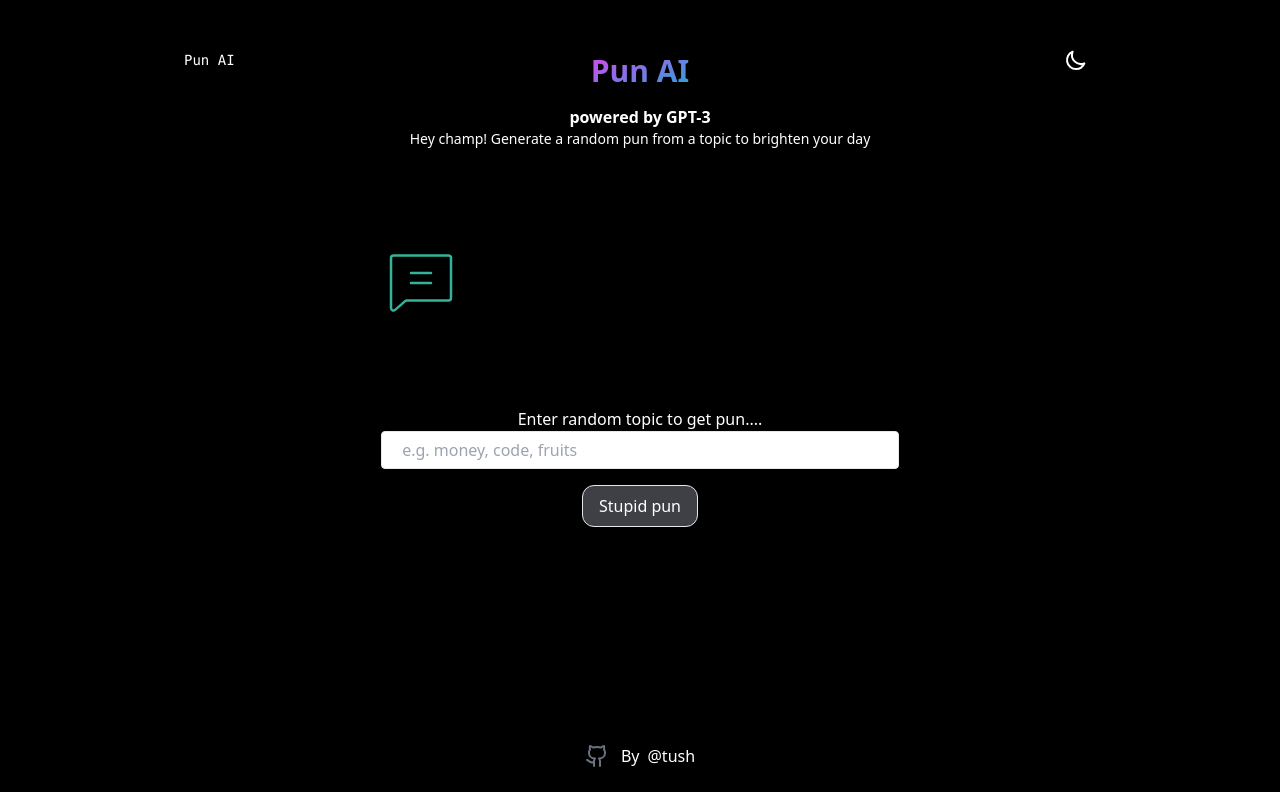
Repository: tushcmd/next-puns-ai
Page: /
An editor plug-in stored every save of this project. The page is shown before and after the next save, followed by the edit.
The browser window is 1280 px wide. The pictures show the whole page.
The project was rebuilt for these pictures with package versions that can differ from the ones it lists, and the page was loaded fresh each time. The framework's server and built-in components were replaced by stand-ins that run in the browser. Also part of the build but not shown: next.config.mjs, app/components/Spinner.tsx.

Above is the page before, as saved 2024-03-08 06:45:03.

After the next save:
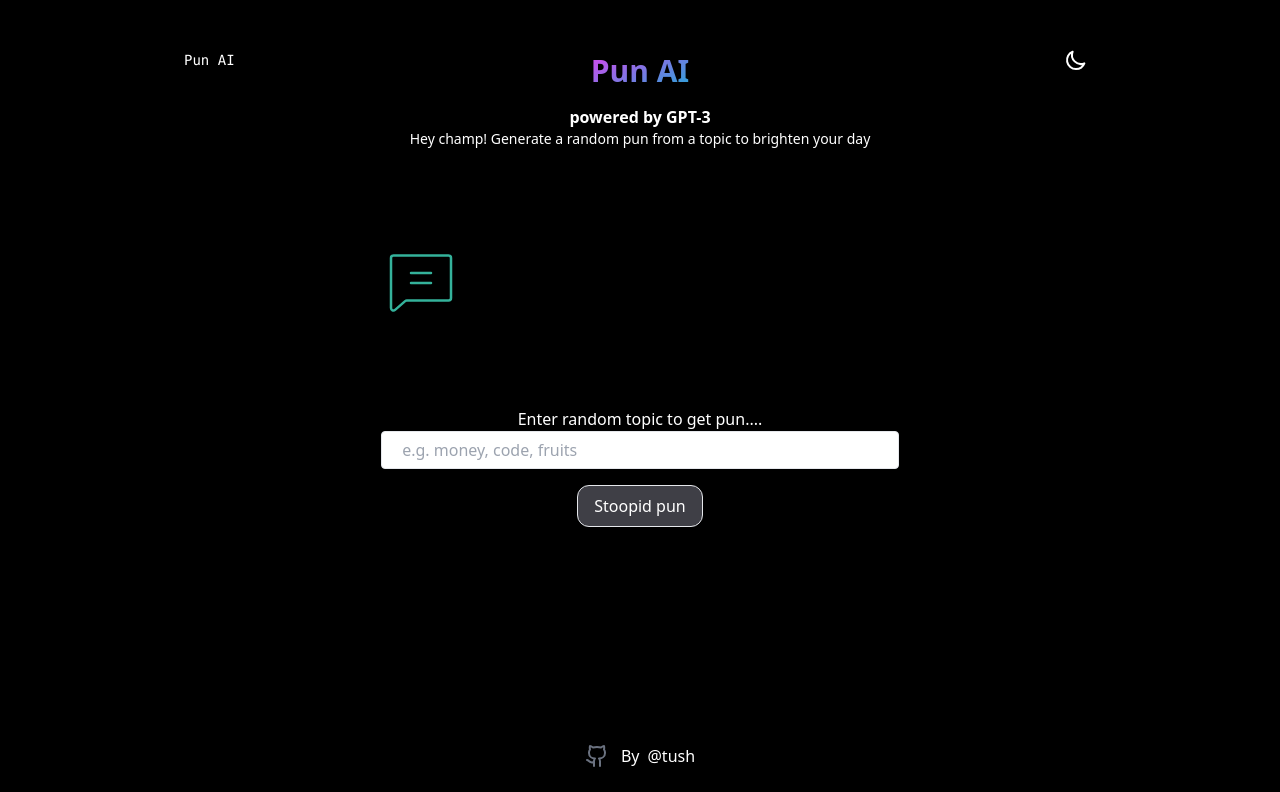
Saved 16 min 34 s later.
--- a/app/components/hero.tsx
+++ b/app/components/hero.tsx
@@ -60,7 +60,7 @@
                     </input>
                 </div>
                 <button type='submit' className='mb-3 border static rounded-xl bg-zinc-700 py-2 px-4 hover:bg-zinc-400 dark:bg-white' disabled={punLoading}>
-                    Stupid pun
+                    Stoopid pun
                 </button>
             </form>
 
